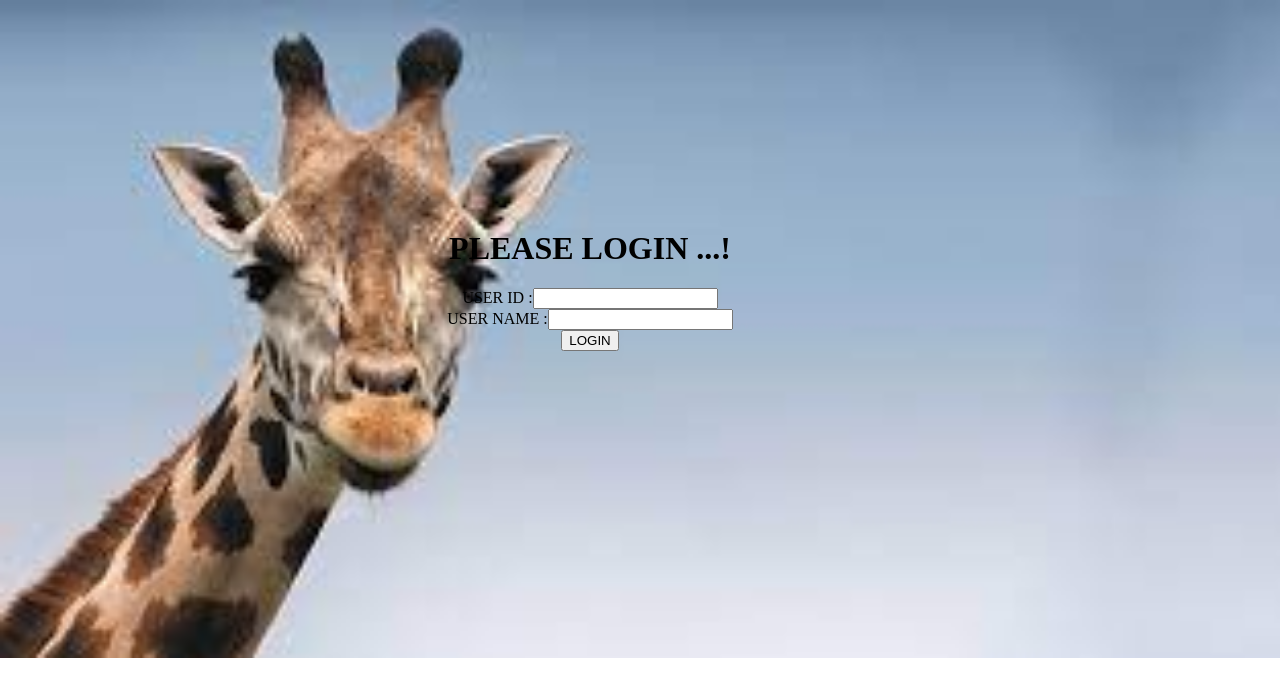
Repository: Thaneshwara848/E-Y
Page: Jdbc-Servlet-Jsp/Webemo5/src/main/webapp/LoginPage.html
These files come from the project's save history. The page is drawn as it stood at one moment and after the next save; the edit follows.
The browser window is 1280 px wide. The pictures show the whole page.

Above is the page before, as saved 2023-05-22 06:39:58.

### Jdbc-Servlet-Jsp/Webemo5/src/main/webapp/LoginPage.html
<!DOCTYPE html>
<html>
<head>
<meta charset="UTF-8">
<title>Insert title here</title>
<style type="text/css">
	body{
	background-image: url("ey.jpg");
	background-repeat: no-repeat;
	background-size: cover;

	}
</style>
</head>
<body >
<div style="text-align: center;margin-top: 230px;margin-right: 100px">

	<form action="Login" method="POST">
	<h1> PLEASE LOGIN ...!</h1>
		USER ID :<input type="text" name="uname"><br>
		USER NAME :<input type="text" name="upass"><br>

		<input type="submit" value="LOGIN">
	</form>

</div>

</body>
</html>

After the next save:
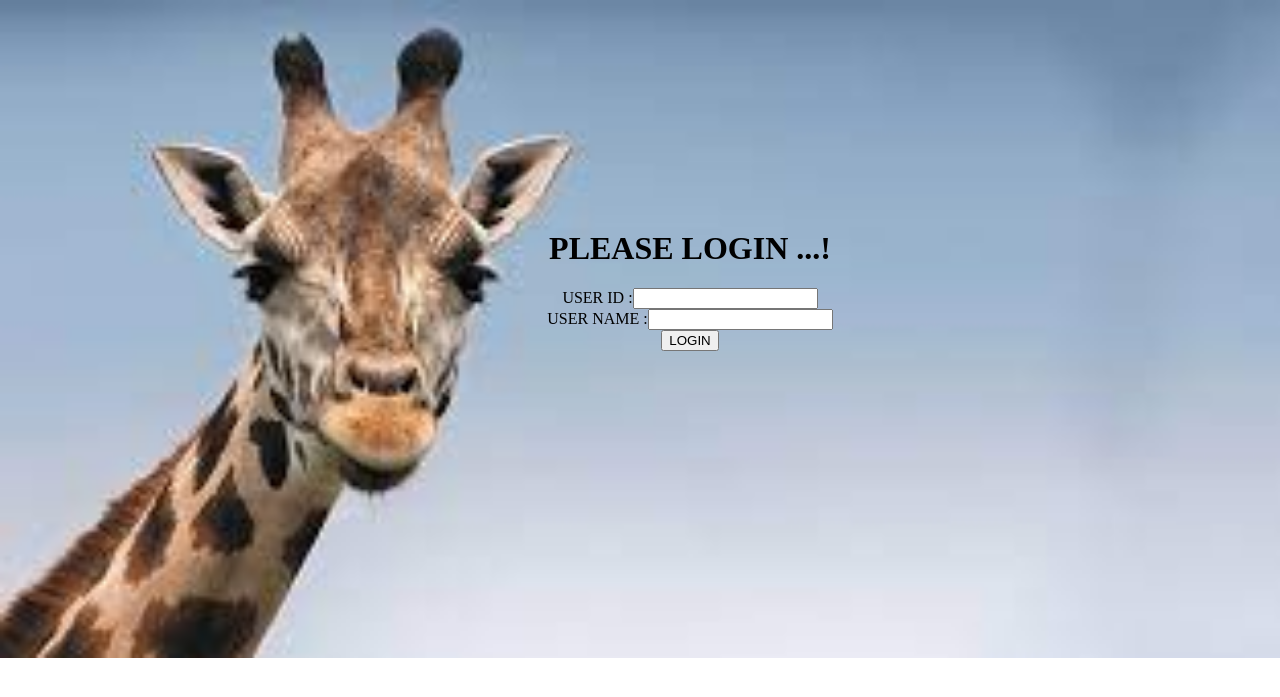
Saved 27 s later.
--- a/Jdbc-Servlet-Jsp/Webemo5/src/main/webapp/LoginPage.html
+++ b/Jdbc-Servlet-Jsp/Webemo5/src/main/webapp/LoginPage.html
@@ -13,7 +13,7 @@
 </style>
 </head>
 <body >
-<div style="text-align: center;margin-top: 230px;margin-right: 100px">
+<div style="text-align: center;margin-top: 230px;margin-left: 100px">
 
 	<form action="Login" method="POST">
 	<h1> PLEASE LOGIN ...!</h1>
